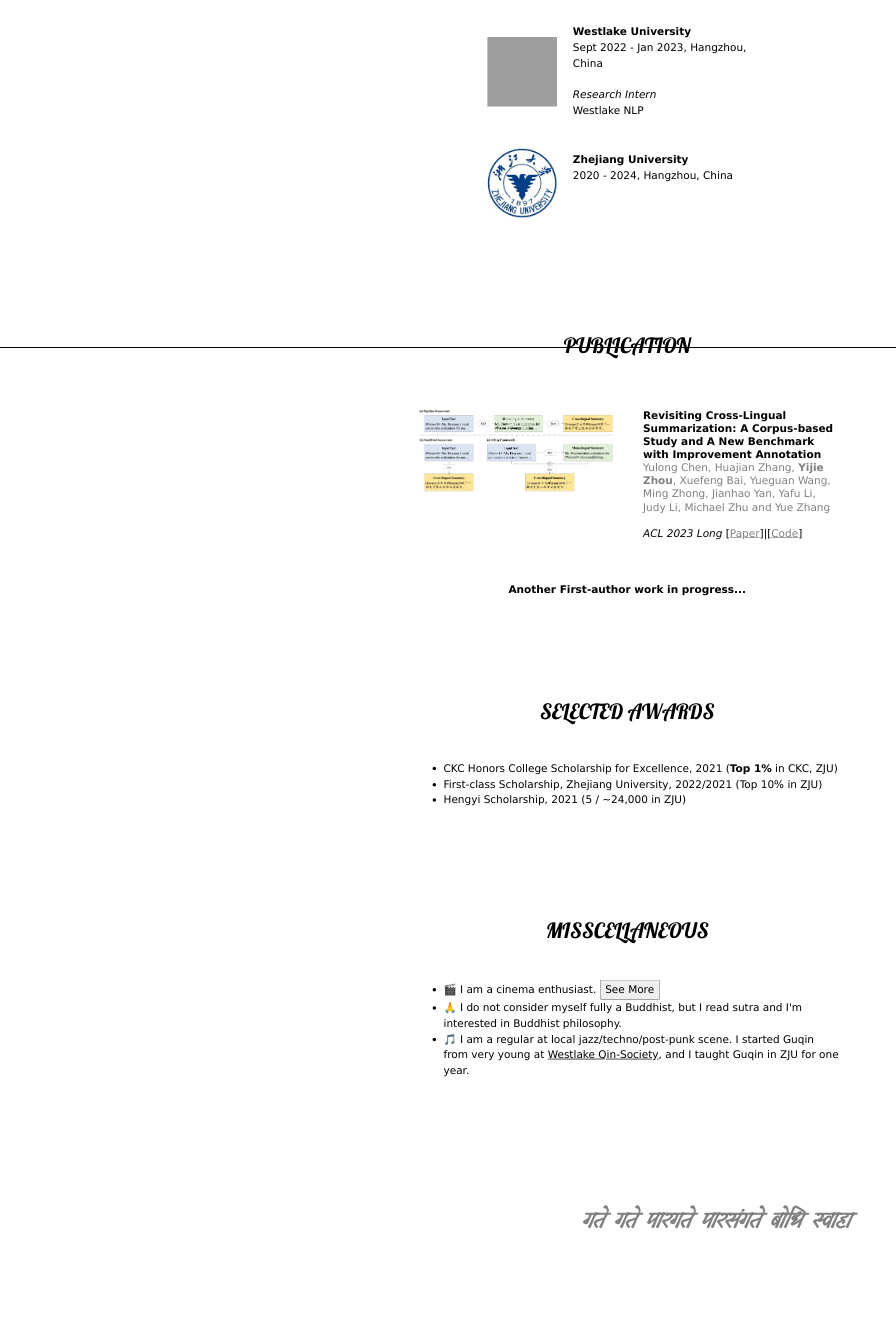
Repository: Ej-zhou/ej-zhou.github.io
Page: index.html
The author's editor kept a copy of each file at every save. The page is drawn from the files as they stood at one save, then again after the next save.
The browser window is 1280 px wide. The pictures show the part of the page from y = 2408 to 4328 px (the page is 4328 px tall before and 4146 px after), at 70% of full size.
Pictures or frames that could not be fetched are drawn as grey boxes. Some web fonts or font styles are not loaded; a fallback is used.

Above is the page before, as saved 2023-08-26 16:03:40.

After the next save:
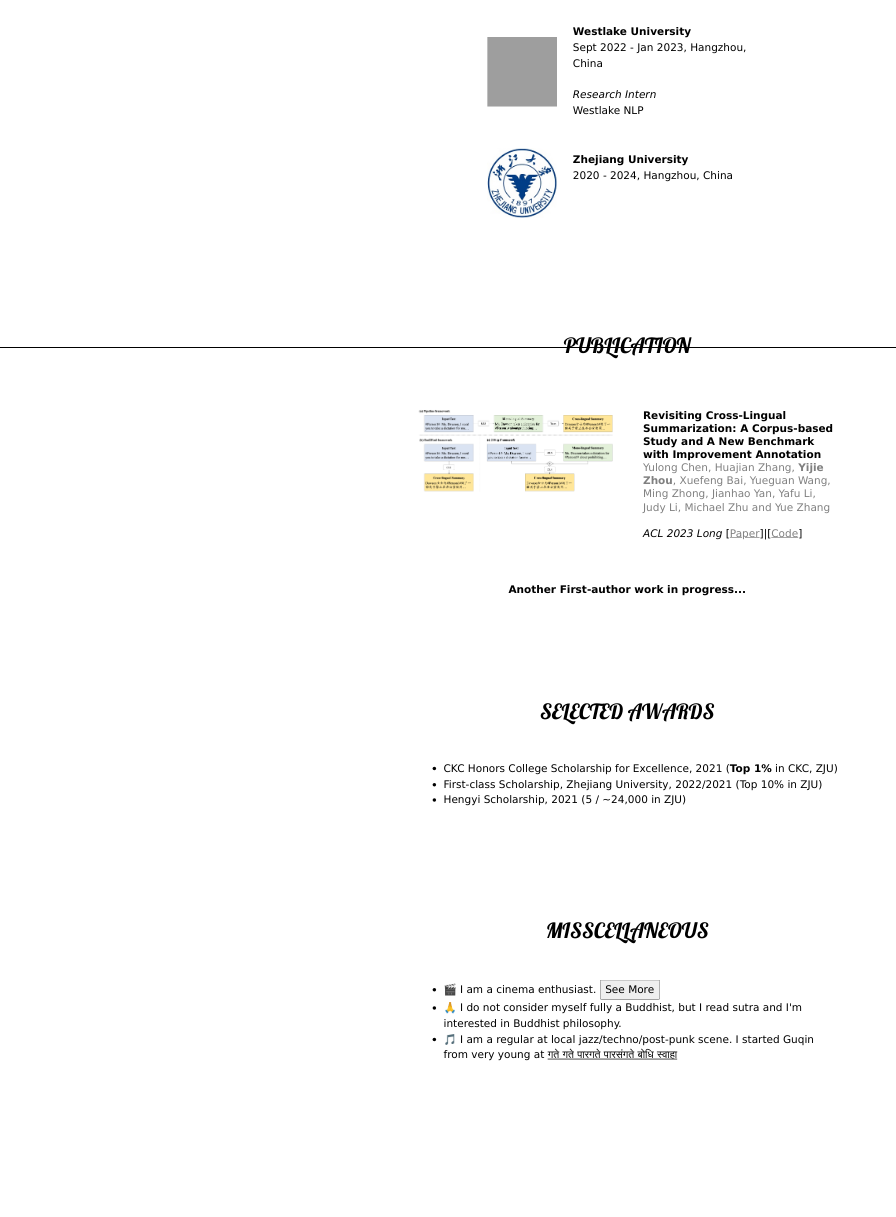
Saved 57 s later.
--- a/index.html
+++ b/index.html
@@ -514,7 +514,7 @@
 
           <li>🙏 I do not consider myself fully a Buddhist, but I read sutra and I'm interested in Buddhist philosophy.
 
-          <li>🎵 I am a regular at local jazz/techno/post-punk scene. I started Guqin from very young at <a href="http://www.xihuqinshe.com">Westlake Qin-Society</a>, and I taught Guqin in ZJU for one year.
+          <li>🎵 I am a regular at local jazz/techno/post-punk scene. I started Guqin from very young at <a href="http://www.xihuqinshe.com" target="_blank>Westlake Qin-Society</a>, and I taught Guqin in ZJU for one year.
         </ul>
        </div>
 

After the save that followed:
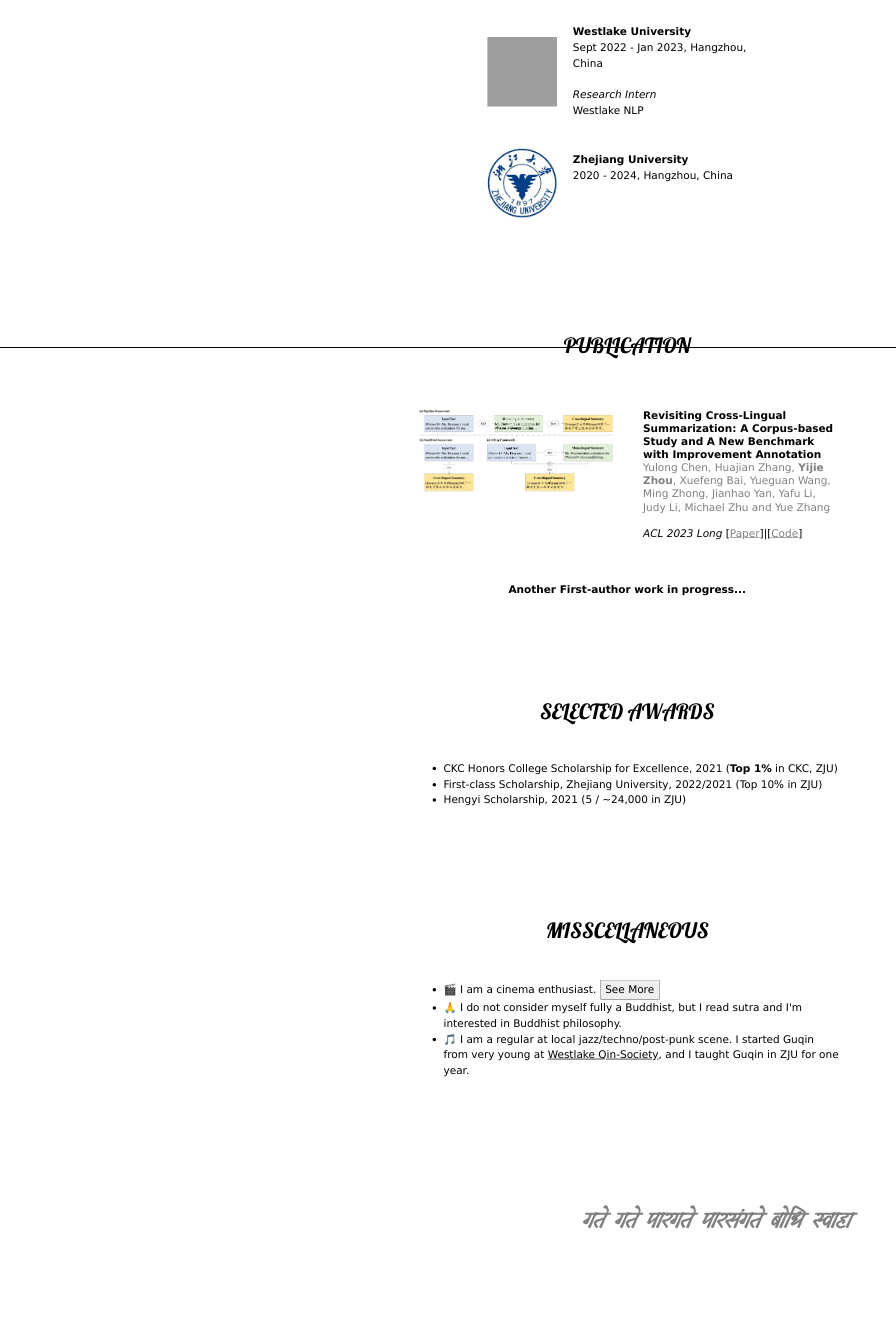
Saved 7 s later.
--- a/index.html
+++ b/index.html
@@ -514,7 +514,7 @@
 
           <li>🙏 I do not consider myself fully a Buddhist, but I read sutra and I'm interested in Buddhist philosophy.
 
-          <li>🎵 I am a regular at local jazz/techno/post-punk scene. I started Guqin from very young at <a href="http://www.xihuqinshe.com" target="_blank>Westlake Qin-Society</a>, and I taught Guqin in ZJU for one year.
+          <li>🎵 I am a regular at local jazz/techno/post-punk scene. I started Guqin from very young at <a href="http://www.xihuqinshe.com" target="_blank">Westlake Qin-Society</a>, and I taught Guqin in ZJU for one year.
         </ul>
        </div>
 
